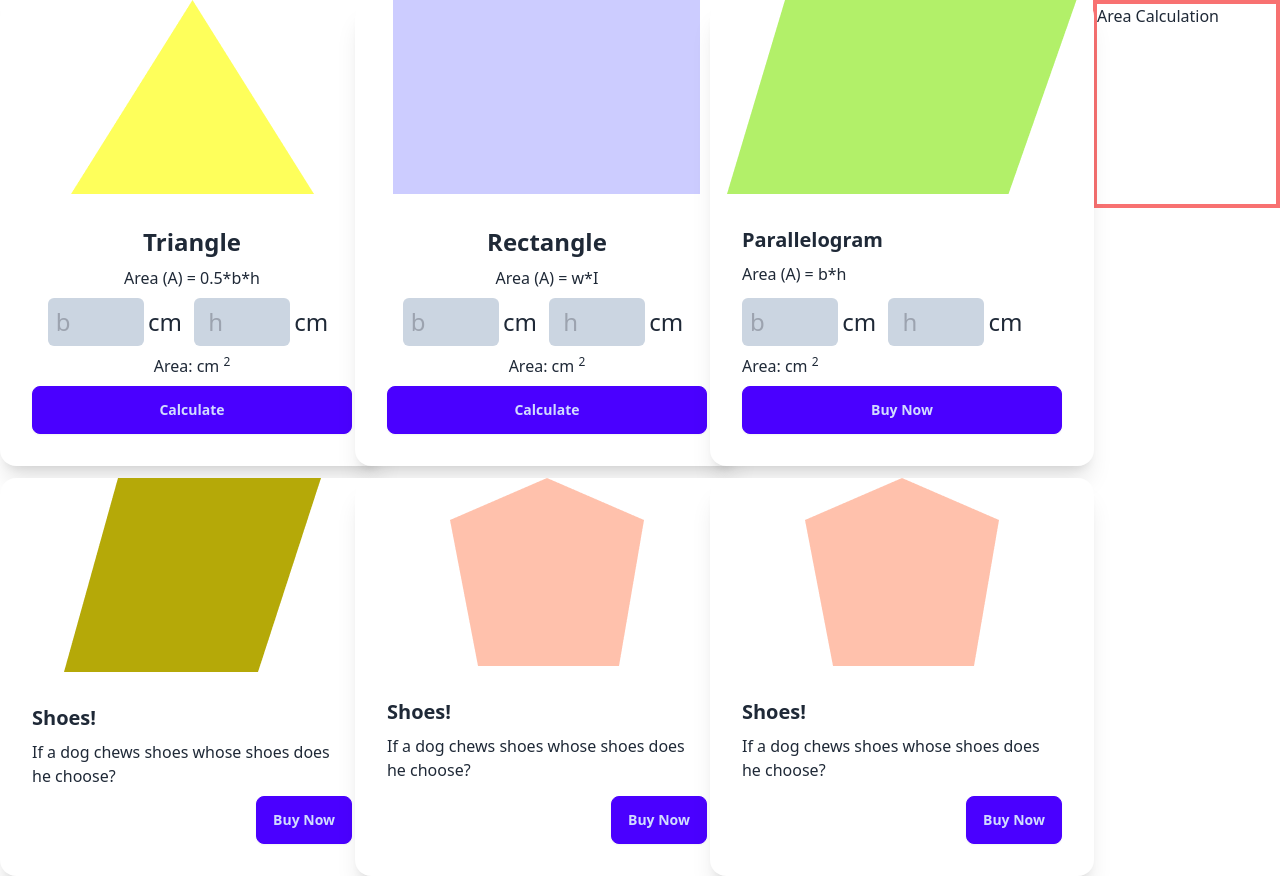
Repository: RudrasahaDibos/geometry
Page: index.html
These files come from the project's save history. The page is drawn as it stood at one moment and after a run of saves; the edit follows.
The browser window is 1280 px wide. The pictures show the whole page.
Some web libraries are served in a nearby version.

Above is the page before, as saved 2024-11-03 22:17:14.

After the next 3 saves:
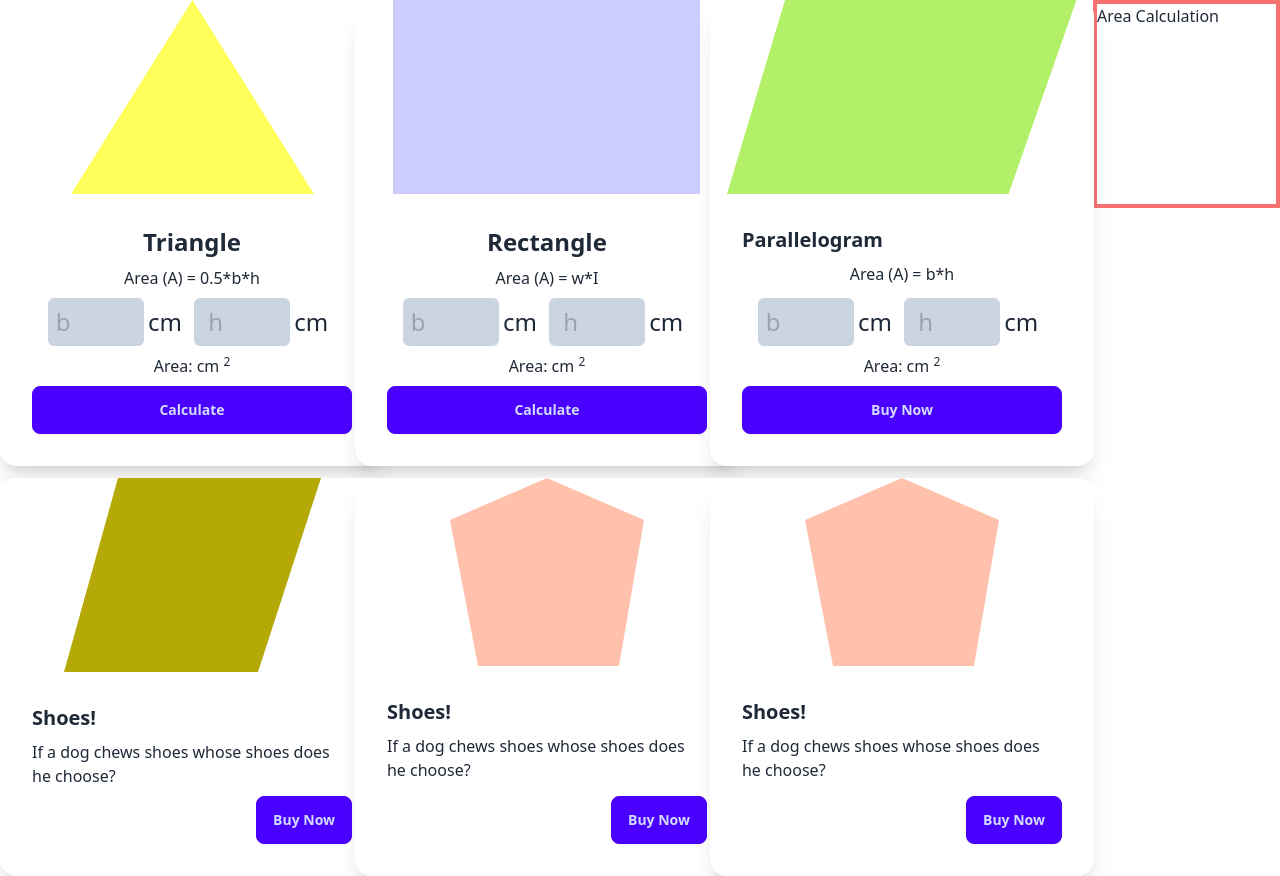
The 3 saves are shown as one change because they came seconds apart.
The last was saved 27 s later.
--- a/index.html
+++ b/index.html
@@ -84,8 +84,8 @@
                                     src="images/parallelogram.png"
                                     alt="Shoes" />
                                 </figure>
-                                <div class="card-body">
-                                  <h2 class="card-title">Parallelogram</h2>
+                                <div class="card-body text-center">
+                                  <h2 class="card-title ">Parallelogram</h2>
                                   <p>Area (A) = b*h</p>
                                   <div>
                                     <input id="parallelogram-width" class="w-24 text-2xl bg-slate-300 p-2 rounded-md" type="text" name="" id="" placeholder="b">
